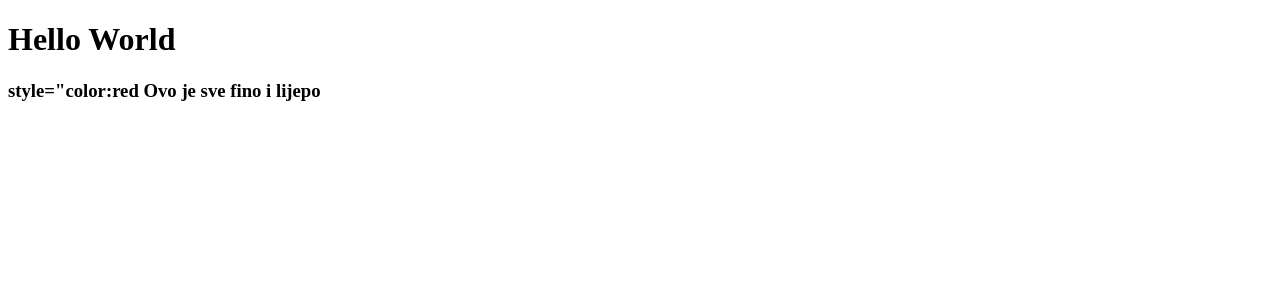
Repository: SemirSahman/Month2
Page: W11D03/public/about.html
These files come from the project's save history. The page is drawn as it stood at one moment and after the next save; the edit follows.
The browser window is 1280 px wide. The pictures show the whole page.

Above is the page before, as saved 2015-07-29 09:40:53.

After the next save:
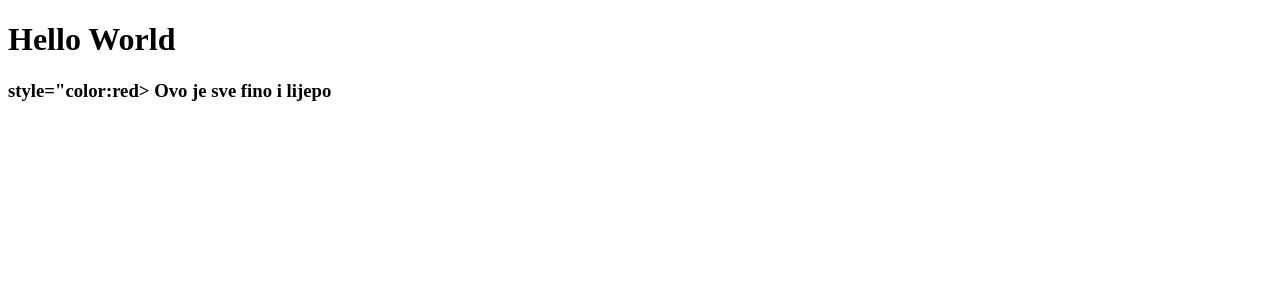
Saved 86 s later.
--- a/W11D03/public/about.html
+++ b/W11D03/public/about.html
@@ -6,7 +6,7 @@
 
 <body>
 <h1>Hello World </h1>
-<h3> style="color:red Ovo je sve fino i lijepo </h3>
+<h3> style="color:red> Ovo je sve fino i lijepo </h3>
 </body>
 
 </html>
